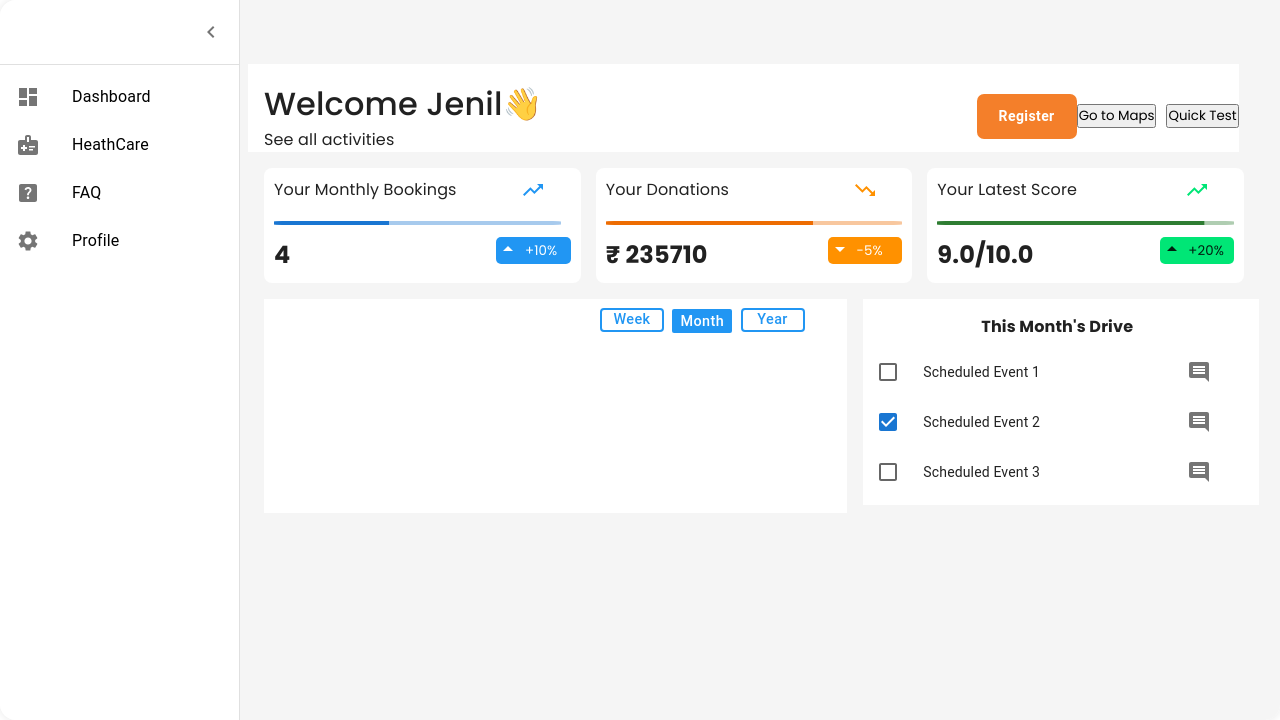
Repository: shubhampirate/Google_Solutions_Edural
Page: /dashboard
These files come from the project's save history. The page is drawn as it stood at one moment and after the next save; the edit follows.
The browser window is 1280 px wide. The pictures show the whole page.
The page's requests for data from a server got no answer. The project was rebuilt for these pictures with package versions that can differ from the ones it lists, and the page was loaded fresh each time. Some packages were replaced by stand-ins written for this rebuild. No one was signed in, and anything a server would have sent is missing. Also part of the build but not shown: src/Components/Navbar.jsx, src/Components/Footer.jsx, src/Components/CongratsCard.jsx, src/pages/Hero/Hero.jsx, src/pages/Sign_in.jsx.

Above is the page before, as saved 2024-02-03 17:55:21.

### src/App.jsx
import Hero from "./pages/Hero/Hero";
import Dashboard from "./pages/Dashboard/Dashboard";
import SignIn from "./pages/Sign_in";
import {useState} from "react";
import { Route, Routes } from "react-router-dom";
function App() {
  return (
    <>
      {/* <Hero />   */}
      {/* <SignIn /> */}
      <Routes>
        <Route path="/signin" element={<><SignIn /></>} />
        <Route path="/dashboard" element={<><Dashboard /></>} />
        {/* <Route path="/education" element={<><Education /></>} /> */}
        {/* <Route path="/health" element={<><Health /></>} /> */}
        {/* <Route path="/profile" element={<><Profile /></>} /> */}
        {/* <Route path="/finance" element={<><Finance /></>} /> */}
        {/* <Route path="/questions" element={<><Questions /></>} /> */}
        {/* <Route path="/retireaibot" element={<><Bot /></>} /> */}
        <Route path="/" element={<><Hero /></>} />
      </Routes>
         </>
  );
}

export default App;

### src/pages/Dashboard/Dashboard.jsx
    import * as React from 'react';
    import { styled, createTheme, ThemeProvider } from '@mui/material/styles';
    import CssBaseline from '@mui/material/CssBaseline';
    import MuiDrawer from '@mui/material/Drawer';
    import Box from '@mui/material/Box';
    import MuiAppBar from '@mui/material/AppBar';
    import Toolbar from '@mui/material/Toolbar';
    import {
    LinearProgress, ListItem, CircularProgress, Checkbox, ListItemText, Dialog, DialogActions, DialogContent,
    DialogContentText, DialogTitle, ListItemIcon, ListItemButton
    } from '@mui/material';
    import TrendingUpIcon from '@mui/icons-material/TrendingUp';
    // import { PieChart } from '@mui/x-charts/PieChart';
    // import { useDrawingArea } from '@mui/x-charts/hooks';
    import TrendingDownIcon from '@mui/icons-material/TrendingDown';
    import List from '@mui/material/List';
    import Divider from '@mui/material/Divider';
    import IconButton from '@mui/material/IconButton';
    import ArrowDropUpIcon from '@mui/icons-material/ArrowDropUp';
    import ArrowDropDownIcon from '@mui/icons-material/ArrowDropDown';
    import Grid from '@mui/material/Grid';
    import MenuIcon from '@mui/icons-material/Menu';
    import ChevronLeftIcon from '@mui/icons-material/ChevronLeft';
    import { mainListItems } from '../../Components/listItems';
    import axios from 'axios';
    import Button from '@mui/material/Button';
    import CommentIcon from '@mui/icons-material/Comment';
    import Swal from 'sweetalert2';
    import { useState } from 'react';
    import { useEffect } from 'react';
    import CustomButton from "../../Components/CustomButton";
    // import { Bar } from "react-chartjs-2";
    // import { BarElement, CategoryScale, Chart as ChartJS, Legend, LinearScale, Title, Tooltip } from "chart.js";
    // import GoogleTranslateComponent from '../../Components/GoogleTranslateComponent';
    // import csacc from "../../media/csacc.png"
    // import creditscoremodel from "../../media/creditscoremodel.png"
    // import creditflow from "../../media/creditflowchart.png"
    // ChartJS.register(CategoryScale, LinearScale, BarElement, Title, Tooltip, Legend);

    const drawerWidth = 240;

    const AppBar = styled(MuiAppBar, {
    shouldForwardProp: (prop) => prop !== 'open',
    })(({ theme, open }) => ({
    zIndex: theme.zIndex.drawer + 1,
    transition: theme.transitions.create(['width', 'margin'], {
        easing: theme.transitions.easing.sharp,
        duration: theme.transitions.duration.leavingScreen,
    }),
    ...(open && {
        marginLeft: drawerWidth,
        width: `calc(100% - ${drawerWidth}px)`,
        transition: theme.transitions.create(['width', 'margin'], {
        easing: theme.transitions.easing.sharp,
        duration: theme.transitions.duration.enteringScreen,
        }),
    }),
    }));

    const Drawer = styled(MuiDrawer, { shouldForwardProp: (prop) => prop !== 'open' })(
    ({ theme, open }) => ({
        '& .MuiDrawer-paper': {
        position: 'relative',
        whiteSpace: 'nowrap',
        width: drawerWidth,
        transition: theme.transitions.create('width', {
            easing: theme.transitions.easing.sharp,
            duration: theme.transitions.duration.enteringScreen,
        }),
        boxSizing: 'border-box',
        ...(!open && {
            overflowX: 'hidden',
            transition: theme.transitions.create('width', {
            easing: theme.transitions.easing.sharp,
            duration: theme.transitions.duration.leavingScreen,
            }),
            width: theme.spacing(7),
            [theme.breakpoints.up('sm')]: {
            width: theme.spacing(9),
            },
        }),
        },
    }),
    );

    var currentDate = new Date();

    var months = [
    "January", "February", "March", "April", "May", "June",
    "July", "August", "September", "October", "November", "December"
    ];

    var formattedDate = months[currentDate.getMonth()] + " " + currentDate.getDate() + ", " + currentDate.getFullYear();

    const defaultTheme = createTheme();

    export default function Dashboard() {
    const [open, setOpen] = React.useState(true);
    const toggleDrawer = () => {
        setOpen(!open);
    };

    const [expensedata, setExpensedata] = useState([])

    useEffect(() => {
        loadList();
    }, []);


    const loadList = async () => {
        const result = await axios.get(`https://wixstocle.pythonanywhere.com/api/expense/`, {
        headers: { "Authorization": `Token 11c868750d92deda81638c5a9a59177bdc7ae41a` },
        });
        console.log(result.data.data);
        setExpensedata(result.data.data);
    }

    const getLabels = () => expensedata.slice(-5).map(data => data.date);

    const getData = (key) => expensedata.slice(-5).map(data => data[key]);

    const optionsexpense = {
        indexAxis: 'x',
        elements: {
        bar: {
            borderWidth: 0,
        },
        },
        responsive: true,
        interaction: {
        mode: 'index',
        intersect: false,
        },
        scales: {
        x: {
            stacked: false,
        },
        y: {
            stacked: false,
        },
        },
        plugins: {
        legend: {
            position: 'top',
        }
        },
    };

    const dataexpense = {
        labels: getLabels(),
        datasets: [
        {
            label: 'Revenue',
            data: getData('income'),
            backgroundColor: '#2196f3',
        },
        {
            label: 'Spendings',
            data: getData('expense'),
            backgroundColor: '#ff9100',
        },
        {
            label: 'Savings',
            data: getData('savings'),
            backgroundColor: '#00e676',
        },
        ],
    };

    const today = new Date();
    const year = today.getFullYear();
    const month = String(today.getMonth() + 1).padStart(2, '0'); // Months are zero-based
    const day = String(today.getDate()).padStart(2, '0');

    const todayDate = `${year}-${month}-${day}`;

    const [userData, setUserData] = React.useState({
        income: '',
        savings: '',
        expense: '',
        date: todayDate,
        user: "tony@gmail.com"
    });

    const handleChangePlan = (field, value) => {
        setUserData((prevData) => ({ ...prevData, [field]: value }));
    };
    const creditscore = 87.4;

    const handlePostData = () => {
        console.log(userData);
        fetch(`https://wixstocle.pythonanywhere.com/api/expense/`, {
        method: 'POST',
        headers: {
            "Authorization": `Token 11c868750d92deda81638c5a9a59177bdc7ae41a`,
            'Content-Type': 'application/json',
        },
        body: JSON.stringify(userData),
        })
        .then((response) => response.json())
        .then((data) => {
            // console.log(data);
            if (data.status == true) {
            Swal.fire({
                icon: 'success',
                title: 'Successfully Saved the details',
                showConfirmButton: false,
                timer: 3000
            })
            setExpensedata([...expensedata, userData]);
            }
            else {
            Swal.fire({
                icon: 'error',
                title: data.message,
                showConfirmButton: false,
                timer: 3000
            })
            }
        });
    };


    //   function PieCenterLabel({ children }) {
    //     const { width, height, left, top } = useDrawingArea();
    //     return (
    //       <StyledText x={left + width / 2} y={top + height / 2}>
    //         {children}
    //       </StyledText>
    //     );
    //   }

    const [checked, setChecked] = React.useState([1]);

    const handleToggle = (value) => () => {
        const currentIndex = checked.indexOf(value);
        const newChecked = [...checked];

        if (currentIndex === -1) {
        newChecked.push(value);
        } else {
        newChecked.splice(currentIndex, 1);
        }

        setChecked(newChecked);
    };
    return (
        <ThemeProvider theme={defaultTheme}>
        <Box sx={{ display: 'flex', borderRadius: '16px', overflow: 'hidden', boxShadow: '0px 0px 10px rgba(0, 0, 0, 0.1)' }} >
            <CssBaseline />
            <AppBar position="absolute" open={open} sx={{ backgroundColor: "whitesmoke", boxShadow: 'none' }}>
            <Toolbar
                sx={{
                pr: '24px', // keep right padding when drawer closed
                display: 'flex',
                alignItems: 'center',
                justifyContent: 'space-between',
                }}>
                <Box sx={{ display: 'flex', alignItems: 'center' }}>
                <IconButton
                    edge="start"
                    aria-label="open drawer"
                    onClick={toggleDrawer}
                    sx={{
                    marginRight: '36px',
                    ...(open && { display: 'none' }),
                    backgroundColor: "#fff"
                    }}>
                    <MenuIcon />
                </IconButton>
                </Box>
            </Toolbar>
            </AppBar>
            <Drawer variant="permanent" open={open}>
            <Toolbar
                sx={{
                display: 'flex',
                alignItems: 'center',
                justifyContent: 'flex-end',
                px: [1],
                }}
            >
                {/* <GoogleTranslateComponent /> */}
                <IconButton onClick={toggleDrawer}>
                <ChevronLeftIcon />
                </IconButton>
            </Toolbar>
            <Divider />
            <List component="nav">
                {mainListItems}
            </List>
            </Drawer>
            <Box
            component="main"
            sx={{
                backgroundColor: (theme) =>
                theme.palette.mode === 'light'
                    ? theme.palette.grey[100]
                    : theme.palette.grey[900],
                flexGrow: 1,
                height: '100vh',
                overflow: 'auto',
            }}>
            <Toolbar />
            <div>
        <Grid container spacing={2} marginTop="0.02rem" paddingLeft={3} paddingRight={2}>
            <Grid item xs={6} style={{ backgroundColor: "white"}} >
            <div style={{ fontSize: '2rem', fontWeight: '500' }}>Welcome Jenil👋</div>
            <div>See all activities</div>
            </Grid>
            <Grid item xs={5.7} display="flex" justifyContent="flex-end" alignItems="center" style={{ backgroundColor: "white"}}>
            <CustomButton
              backgroundColor="#F47F2A"
              color="#fff"
              buttonText="Register"
              heroBtn={true}
            />
            <button style={{ /* Add your button styles */ }}>Go to Maps</button>
            <button style={{ marginLeft: '10px' /* Add your button styles */ }}>Quick Test</button>
            </Grid>
        </Grid>
        </div>

            <Grid container spacing={2} marginTop="1rem" paddingLeft={5} paddingRight={2}>
                <Grid item xs={12} md={3.8} style={{ backgroundColor: "white", padding: "10px", marginRight: "15px", borderRadius: "0.5rem" }}>
                <Grid item xs={12}>
                    <Grid container>
                    <Grid item xs={10}><div>Your Monthly Bookings</div></Grid>
                    <Grid item xs={2}><TrendingUpIcon sx={{ color: "#2196f3" }} /></Grid>
                    </Grid>
                    <Grid item xs={12}>
                    <LinearProgress variant="determinate" value={40} sx={{ color: "#2196f3", borderRadius: "10%", margin: "12px 10px 12px 0px" }} />
                    </Grid>
                    <Grid item xs={12}>
                    <Grid container>
                        <Grid item xs={9}>
                        <div style={{ fontSize: "1.5rem", fontWeight: "550" }}> 4</div>
                        </Grid>
                        <Grid item xs={3} style={{ backgroundColor: "#2196f3", color: "white", borderRadius: "5px", height: "1.65rem" }}>
                        <ArrowDropUpIcon /> <sup>+10%</sup>
                        </Grid>
                    </Grid>
                    </Grid>
                </Grid>
                </Grid>
                <Grid item xs={12} md={3.8} style={{ backgroundColor: "white", padding: "10px", marginRight: "15px", borderRadius: "0.5rem" }}>
                <Grid item xs={12}>
                    <Grid container>
                    <Grid item xs={10}><div>Your Donations</div></Grid>
                    <Grid item xs={2}><TrendingDownIcon sx={{ color: "#ff9100" }} /></Grid>
                    </Grid>
                    <Grid item xs={12}>
                    <LinearProgress variant="determinate" value={70} color='warning' sx={{ borderRadius: "10%", margin: "12px 0px" }} />
                    </Grid>
                    <Grid item xs={12}>
                    <Grid container>
                        <Grid item xs={9}>
                    <div style={{ fontSize: "1.5rem", fontWeight: "550" }}>₹ 235710</div>
                        </Grid>
                        <Grid item xs={3} style={{ backgroundColor: "#ff9100", color: "white", borderRadius: "5px", height: "1.65rem" }}>
                        <ArrowDropDownIcon /> <sup>-5%</sup>
                        </Grid>
                    </Grid>
                    </Grid>
                </Grid>
                </Grid>
                <Grid item xs={12} md={3.8} style={{ backgroundColor: "white", padding: "10px", marginRight: "15px", borderRadius: "0.5rem" }}>
                <Grid item xs={12}>
                    <Grid container>
                    <Grid item xs={10}><div>Your Latest Score</div></Grid>
                    <Grid item xs={2}><TrendingUpIcon sx={{ color: "#00e676" }} /></Grid>
                    </Grid>
                    <Grid item xs={12}>
                    <LinearProgress variant="determinate" value={90} color="success" style={{ borderRadius: "10%", margin: "12px 0px" }} />
                    </Grid>
                    <Grid item xs={12}>
                    <Grid container>
                        <Grid item xs={9}>
    <div style={{ fontSize: "1.5rem", fontWeight: "550" }}> 9.0/10.0</div>
                        </Grid>
                        <Grid item xs={3} style={{ backgroundColor: "#00e676", borderRadius: "5px", height: "1.65rem" }}>
                        <ArrowDropUpIcon /> <sup>+20%</sup>
                        </Grid>
                    </Grid>
                    </Grid>
                </Grid>
                </Grid>
                {/* <Grid item xs={12} md={2.5} style={{ backgroundColor: "white", padding: "10px", borderRadius: "0.5rem" }}> */}
                {/* <Grid container spacing={2}> */}
                    {/* <Grid item xs={12}>Today's Savings Deal</Grid> */}
                    {/* <Grid item xs={12}>
                    <LinearProgress variant="determinate" value={0} color='secondary' sx={{ borderRadius: "10%", margin: "3px 0px" }} />
                    </Grid> */}
                    {/* <Grid item xs={12} sx={{ fontWeight: "550", marginTop: "-10px" }}>Buy Doctor Shoes from Amazon and save over <br />₹ 1500</Grid> */}
                {/* </Grid> */}
                {/* </Grid> */}
            </Grid>
            <Grid container spacing={2} marginTop="1rem" paddingLeft={5} paddingRight={2} marginBottom={2}>
                <Grid item xs={7} sx={{ backgroundColor: "white", padding: "5px", marginRight: "1rem" }}>
                <Grid container spacing={2} padding={1}>
                    <Grid xs={7}></Grid>
                    <Grid xs={1.5}><Button style={{
                    borderColor: "#2196f3", color: "#2196f3", height: "1.5rem", textTransform: "capitalize",
                    fontSize: "0.9rem", border: "2px solid", textAlign: "left"
                    }}>Week</Button></Grid>
                    <Grid xs={1.5}><Button style={{
                    backgroundColor: "#2196f3", color: "white", height: "1.75rem", textTransform: "capitalize",
                    fontSize: "0.9rem", border: "2px solid", textAlign: "left"
                    }}>Month</Button></Grid>
                    <Grid xs={1}><Button style={{
                    borderColor: "#2196f3", color: "#2196f3", height: "1.5rem", textTransform: "capitalize",
                    fontSize: "0.9rem", border: "2px solid", textAlign: "left"
                    }}>Year</Button></Grid>
                    <Grid xs={12} marginTop={2}>
                    {/* <Bar options={optionsexpense} data={dataexpense} /> */}
                    </Grid>
                </Grid>
                </Grid>
                <Grid item xs={4.75} >
                <Grid container spacing={2} >

                    <Grid item xs={12}>
                    <Grid container spacing={2} sx={{ backgroundColor: "white", marginBottom: "0.5rem" }}>
                        <Grid item xs={12} style={{ textAlign: "center", marginLeft: "-0.75rem", fontWeight: "600" }}>This Month's Drive</Grid>
                        <List sx={{ width: '100%', maxWidth: 360, bgcolor: 'background.paper' }}>
                        {[0, 1, 2].map((value) => {
                            const labelId = `checkbox-list-label-${value}`;
                            return (
                            <ListItem
                                key={value}
                                secondaryAction={
                                <IconButton edge="end" aria-label="comments">
                                    <CommentIcon />
                                </IconButton>
                                }
                                disablePadding
                            >
                                <ListItemButton role={undefined} onClick={handleToggle(value)} dense>
                                <ListItemIcon>
                                    <Checkbox
                                    edge="start"
                                    checked={checked.indexOf(value) !== -1}
                                    tabIndex={-1}
                                    disableRipple
                                    inputProps={{ 'aria-labelledby': labelId }}
                                    />
                                </ListItemIcon>
                                <ListItemText id={labelId} style={{ marginLeft: "-0.75rem" }} primary={`Scheduled Event ${value + 1}`} />
                                </ListItemButton>
                            </ListItem>
                            );
                        })}
                        </List>
                    </Grid>
                    </Grid>
                </Grid>
                </Grid>
            </Grid>

            </Box>
        </Box >
        </ThemeProvider >
    );
    }

### src/Components/CustomButton.jsx
import { Button, styled } from "@mui/material";
import React from "react";

const CustomButton = ({
  backgroundColor,
  color,
  buttonText,
  heroBtn,
  guideBtn,
  getStartedBtn,
}) => {
  const CustomButton = styled(Button)(({ theme }) => ({
    backgroundColor: backgroundColor,
    color: color,
    fontWeight: "700",
    fontSize: "14px",
    cursor: "pointer",
    padding: "0.5rem 1.25rem",
    borderRadius: "7px",
    textTransform: "none",
    display: "block",
    border: "2px solid transparent",
    "&:hover": {
      backgroundColor: color,
      color: backgroundColor,
      borderColor: backgroundColor,
    },
    [theme.breakpoints.down("md")]: {
      margin: (heroBtn || getStartedBtn) && theme.spacing(0, "auto", 3, "auto"),
      width: (heroBtn || getStartedBtn) && "90%",
    },
    [theme.breakpoints.down("sm")]: {
      marginTop: guideBtn && theme.spacing(3),
      width: guideBtn && "90%",
    },
  }));

  return <CustomButton>{buttonText}</CustomButton>;
};

export default CustomButton;

Loaded but not shown: public/index.html (common file); src/index.css (common file); src/index.js (18 lines, source omitted); src/Components/listItems.jsx (103 lines, source omitted)

After the next save:
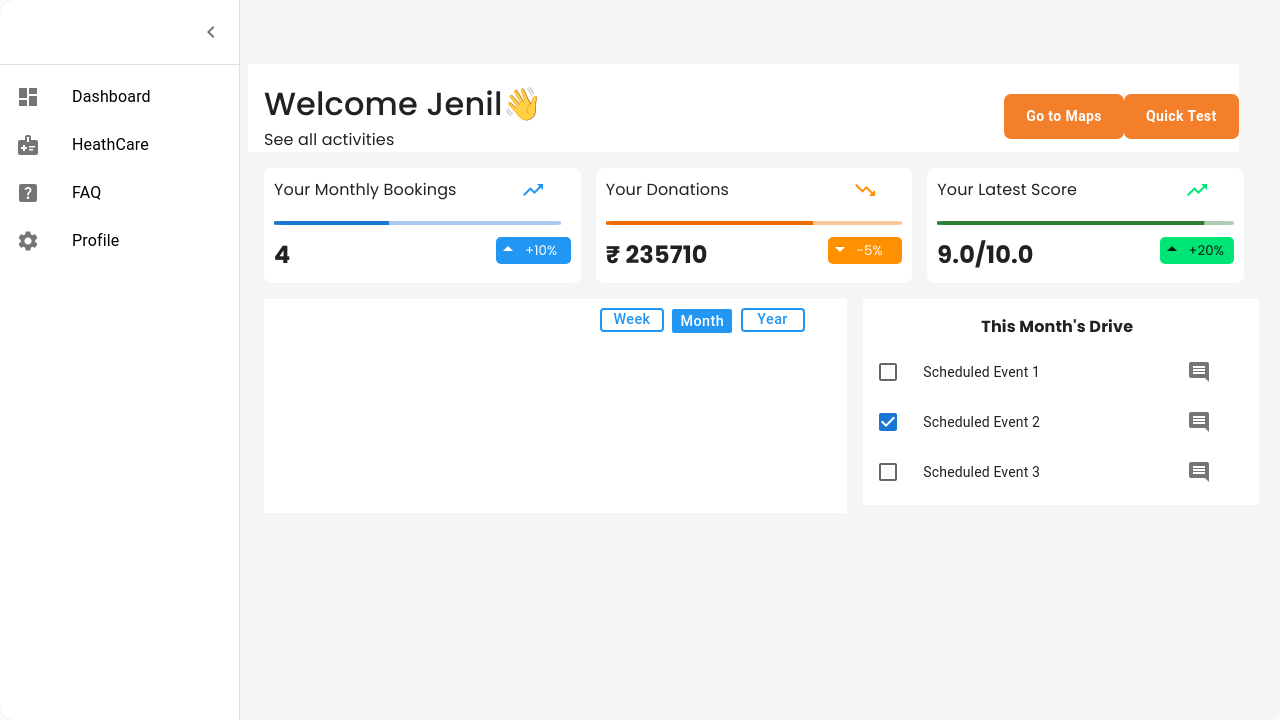
Saved 27 s later.
--- a/src/pages/Dashboard/Dashboard.jsx
+++ b/src/pages/Dashboard/Dashboard.jsx
@@ -312,11 +312,15 @@
             <CustomButton
               backgroundColor="#F47F2A"
               color="#fff"
-              buttonText="Register"
+              buttonText="Go to Maps"
               heroBtn={true}
             />
-            <button style={{ /* Add your button styles */ }}>Go to Maps</button>
-            <button style={{ marginLeft: '10px' /* Add your button styles */ }}>Quick Test</button>
+              <CustomButton
+              backgroundColor="#F47F2A"
+              color="#fff"
+              buttonText="Quick Test "
+              heroBtn={true}
+            />
             </Grid>
         </Grid>
         </div>
